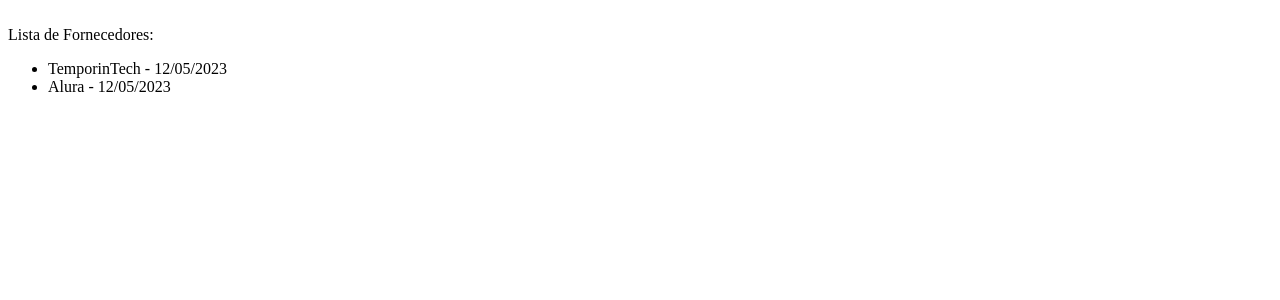
Repository: CauaneTemporin/API_CRUD_JAVA_Servlet_JSP
Page: http://localhost/gerenciador/listaEmpresas
The author's editor kept a copy of each file at every save. The page is drawn from the files as they stood at one save, then again after the next save.
The browser window is 1280 px wide. The pictures show the whole page.
The page is served by Tomcat 9.

Above is the page before, as saved 2023-05-15 11:19:37.

After the next save:
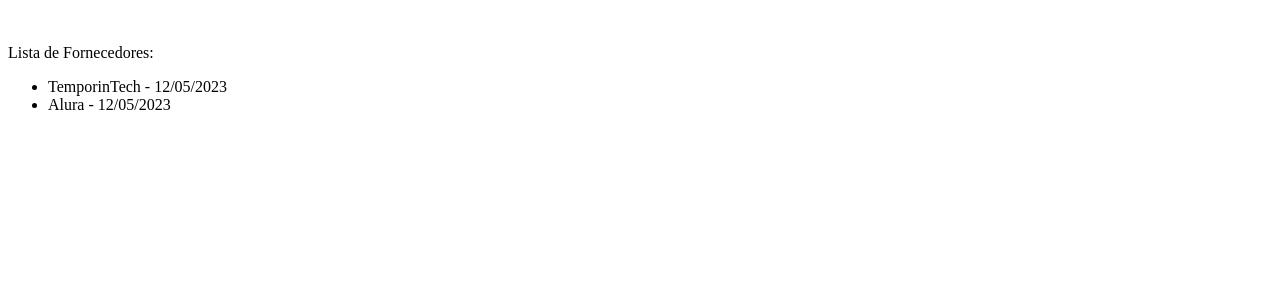
Saved 116 s later.
--- a/gerenciador/src/main/webapp/ListaFornecedores.jsp
+++ b/gerenciador/src/main/webapp/ListaFornecedores.jsp
@@ -16,7 +16,7 @@
 				<c:if test="${not empty empresa}">
 					Fornecedor ${ empresa } cadastrado com sucesso!!!
 				</c:if>
-				</br>
+				</br></br>
 			Lista de Fornecedores: </br>
 
 			 <ul>
